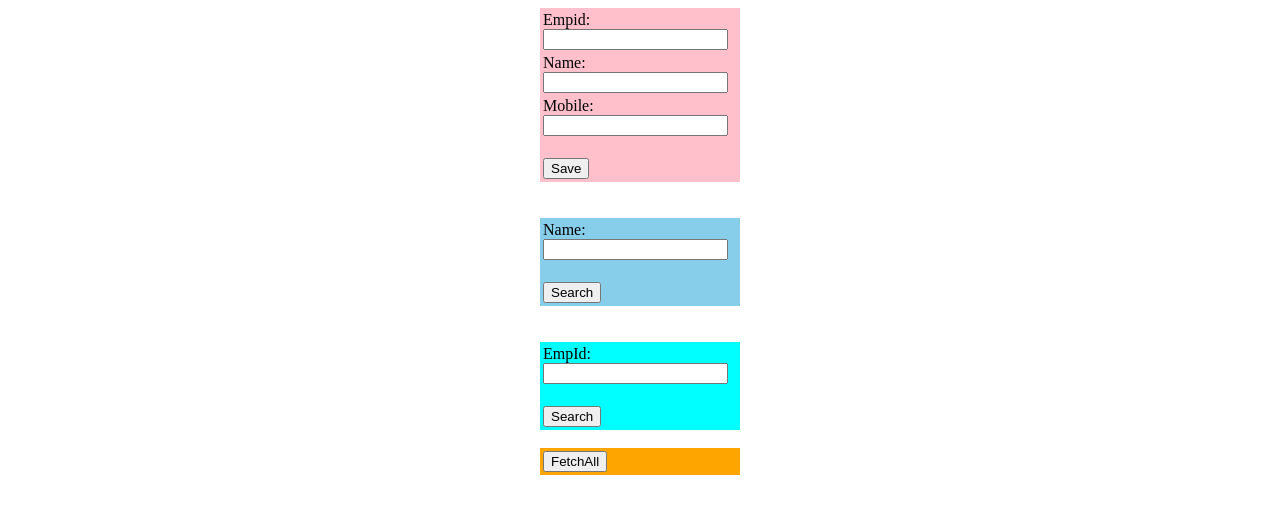
Repository: Suknaina/Repo
Page: MockServlet/src/main/webapp/Home.html
The author's editor kept a copy of each file at every save. The page is drawn from the files as they stood at one save, then again after the next save.
The browser window is 1280 px wide. The pictures show the whole page.

Above is the page before, as saved 2023-05-23 17:34:33.

### MockServlet/src/main/webapp/Home.html
<!DOCTYPE html>
<html>
<head>
<meta charset="ISO-8859-1">
<title>Insert title here</title>
</head>
<body>
	<center>
		<form action="save" method="post">
			<table bgcolor="pink" width="200px">
				<tr>
					<td>Empid: <input type="number" name="empid"><br>
					</td>
				</tr>
				<tr>
					<td>Name: <input type="text" name="name"><br>
					</td>
				</tr>
				<tr>
					<td>Mobile: <input type="number" name="mobile"><br>
						<br>
					</td>
				</tr>
				<tr>
					<td>
						<button>Save</button>
					</td>
				</tr>
			</table>
		</form>
		<br>
		<form action="namesearch" method="post">
			<table bgcolor="skyblue" width="200px">
			<tr>
					<td>Name: <input type="text" name="name"><br><br>
					</td>
				</tr>
				<br>
				<tr>
					<td>
						<button>Search</button>
					</td>
				</tr>
			</table>
		</form>
		<br>
		<form action="empidsearch" method="post">
			<table bgcolor="cyan" width="200px">
			<tr>
					<td>EmpId: <input type="text" name="empid"><br><br>
					</td>
				</tr>
				<br>
				<tr>
					<td>
						<button>Search</button>
					</td>
				</tr>
			</table>
		</form>
		<br>
		<form action="fetchall" method="post">
		<table bgcolor="orange" width="200px">
		<tr>
					<td>
						<button>FetchAll</button>
					</td>
				</tr>
		</table>
		</form>
	</center>
</body>
</html>

After the next save:
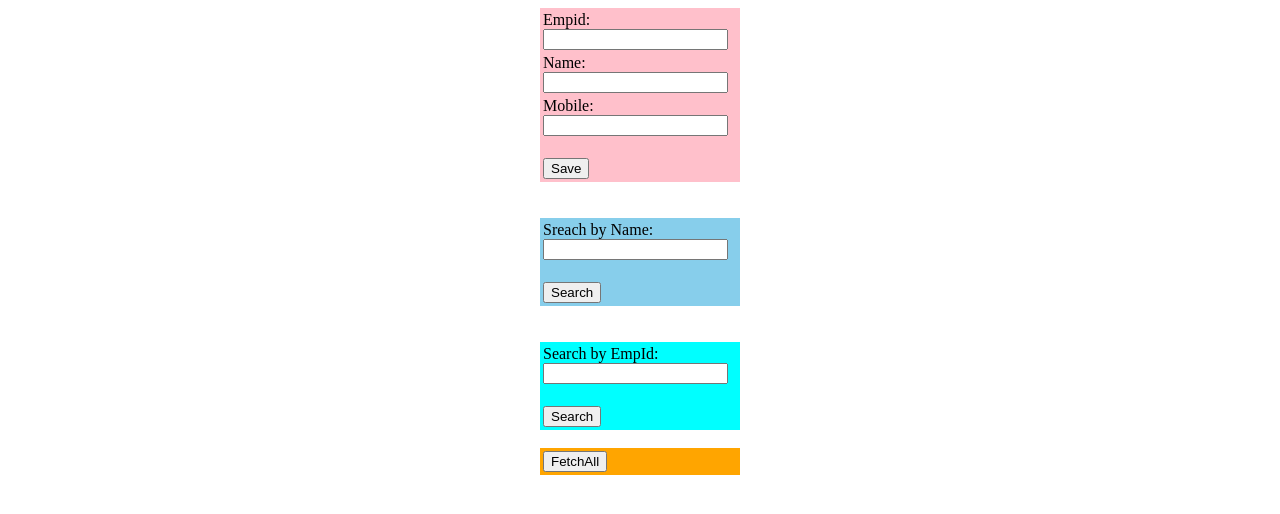
Saved 44 s later.
--- a/MockServlet/src/main/webapp/Home.html
+++ b/MockServlet/src/main/webapp/Home.html
@@ -32,7 +32,7 @@
 		<form action="namesearch" method="post">
 			<table bgcolor="skyblue" width="200px">
 			<tr>
-					<td>Name: <input type="text" name="name"><br><br>
+					<td> Sreach by Name: <input type="text" name="name"><br><br>
 					</td>
 				</tr>
 				<br>
@@ -47,7 +47,7 @@
 		<form action="empidsearch" method="post">
 			<table bgcolor="cyan" width="200px">
 			<tr>
-					<td>EmpId: <input type="text" name="empid"><br><br>
+					<td>Search by EmpId: <input type="text" name="empid"><br><br>
 					</td>
 				</tr>
 				<br>
